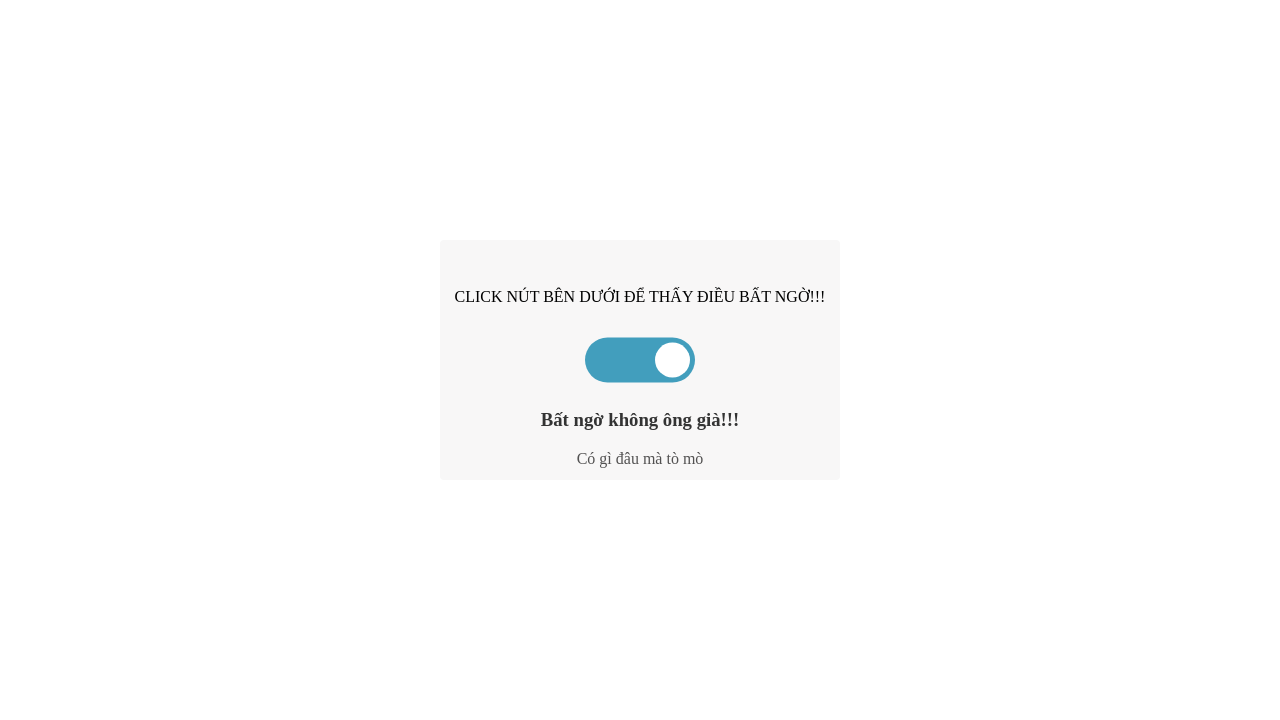
Repository: haokiet2501/troll-my-react
Page: /, after clicking the first element matching `div.toggle-center`
These files come from the project's save history. The page is drawn as it stood at one moment and after a run of saves; the edit follows.
The browser window is 1280 px wide. The pictures show the whole page.
The project was rebuilt for these pictures with package versions that can differ from the ones it lists, and the page was loaded fresh each time.

Above is the page before, as saved 2022-07-30 23:18:29.

### src/index.css
.toggle-center {
  position: absolute;
  top: 50%;
  left: 50%;
  transform: translate(-50%, -50%);
  width: 25rem;
  height: 15rem;
  border-radius: 0.25rem;
  background-color: #f8f7f7;
}

.toggle-center:hover {
  box-shadow: 0 4px 8px rgba(0, 0, 0, 0.25);
}

.toggle {
  position: absolute;
  top: 50%;
  left: 50%;
  transform: translate(-50%, -50%);
}

.todo-center {
  position: absolute;
  top: 62%;
  left: 50%;
  transform: translate(-50%, -50%);
  z-index: 999;
}

.toggle-control {
  position: absolute;
  top: 75%;
  left: 50%;
  transform: translate(-50%, -50%);
  display: flex;
  text-transform: uppercase;
}

.toggle {
  width: 100px;
  height: 35px;
  background-color: #ccc;
  padding: 5px;
  border-radius: 100rem;
  cursor: pointer;
}

.toggle.active {
  background-color: #429EBD;
}

.toggle-title {
  position: relative;
  top: 20%;
  text-transform: uppercase;
  display: flex;
  justify-content: center;
  align-items: center;
}

.spinner {
  position: absolute;
  width: 35px;
  height: 35px;
  left: 0;
  margin-left: 5px;
  border-radius: 50%;
  background-color: #fff;
  transition: 0.3s linear;
}

.spinner.active {
  transform: translateX(65px);
  transition: 0.3s linear;
}

.toggle-on {
  margin-right: 0.5rem;
}

h3 {
  color: #333;
}

p {
  color: rgb(82, 81, 81);
  display: flex;
  justify-content: center;
  align-items: center;
}

### src/App.js
import Toggle from "./components/Toggle";

function App() {
  return (
    <>
      <Toggle />
    </>
  );
}

export default App;

### src/components/Toggle.jsx
import { useState } from "react"
import Todo from "./Todo";

const Toggle = () => {
    const [on, setOn] = useState(false);

    const handleClick = () => {
        setOn((on) => !on);
    }

    return (
        <>
            {on && <Todo />}
            <div className="toggle-center" onClick={handleClick}>
                <div className="toggle-title">Click nút bên dưới để thấy điều bất ngờ!!!</div>
                <div className={`toggle ${on ? 'active' : ''}`}>
                    <div className={`spinner ${on ? 'active' : ''}`}></div>
                </div>
            </div>
        </>
    )
}

export default Toggle

### src/components/Todo.jsx
import React from 'react'
import troll from '../imgs/troll.jpg'

const Todo = () => {
    return (
        <div className='todo-center'>
            <h3>Bất ngờ không ông già!!!</h3>
            <p>Có gì đâu mà tò mò</p>
            <img src="" alt="" />
        </div>
    )
}

export default Todo

Loaded but not shown: public/index.html (common file); src/index.js (common file); src/reportWebVitals.js (common file)

After the next 3 saves:
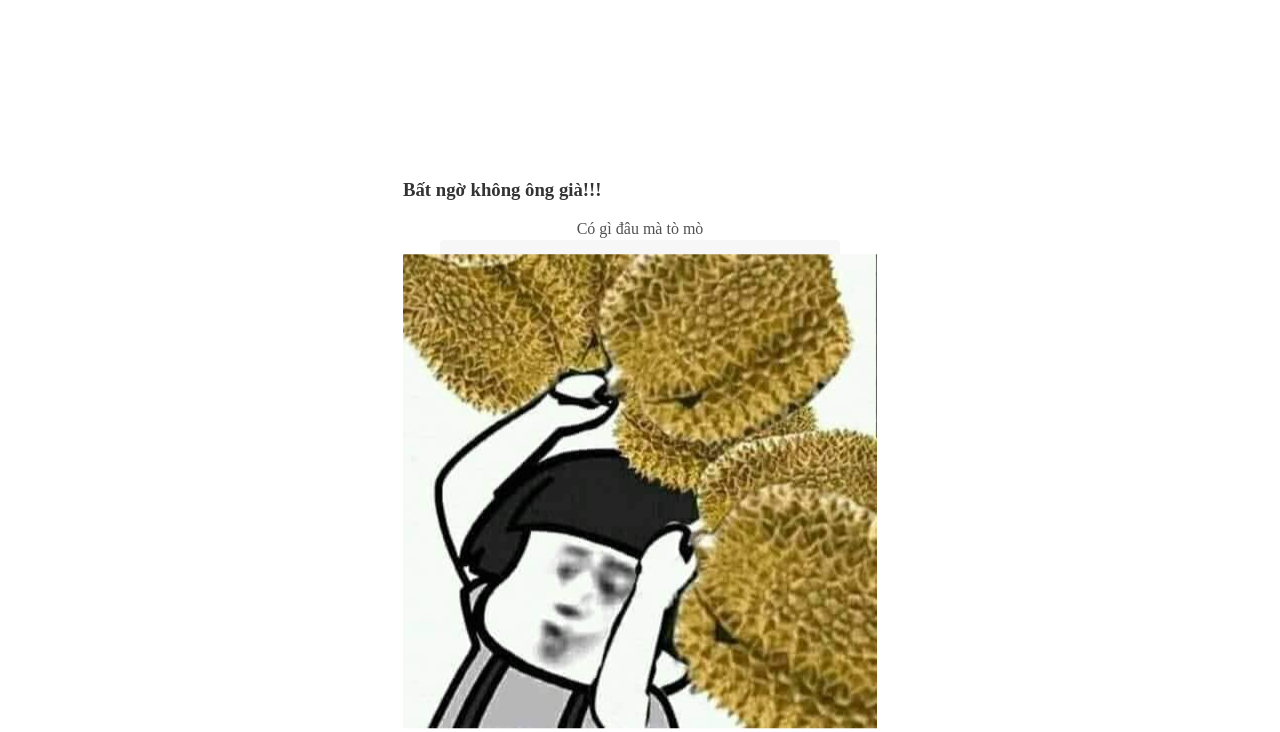
The 3 saves are shown as one change because 1 did not build or start and some came seconds apart.
The last was saved 10 s later.
--- a/src/components/Todo.jsx
+++ b/src/components/Todo.jsx
@@ -6,7 +6,7 @@ const Todo = () => {
         <div className='todo-center'>
             <h3>Bất ngờ không ông già!!!</h3>
             <p>Có gì đâu mà tò mò</p>
-            <img src="" alt="" />
+            <img src={troll} alt="" />
         </div>
     )
 }

After the 4 saves that followed:
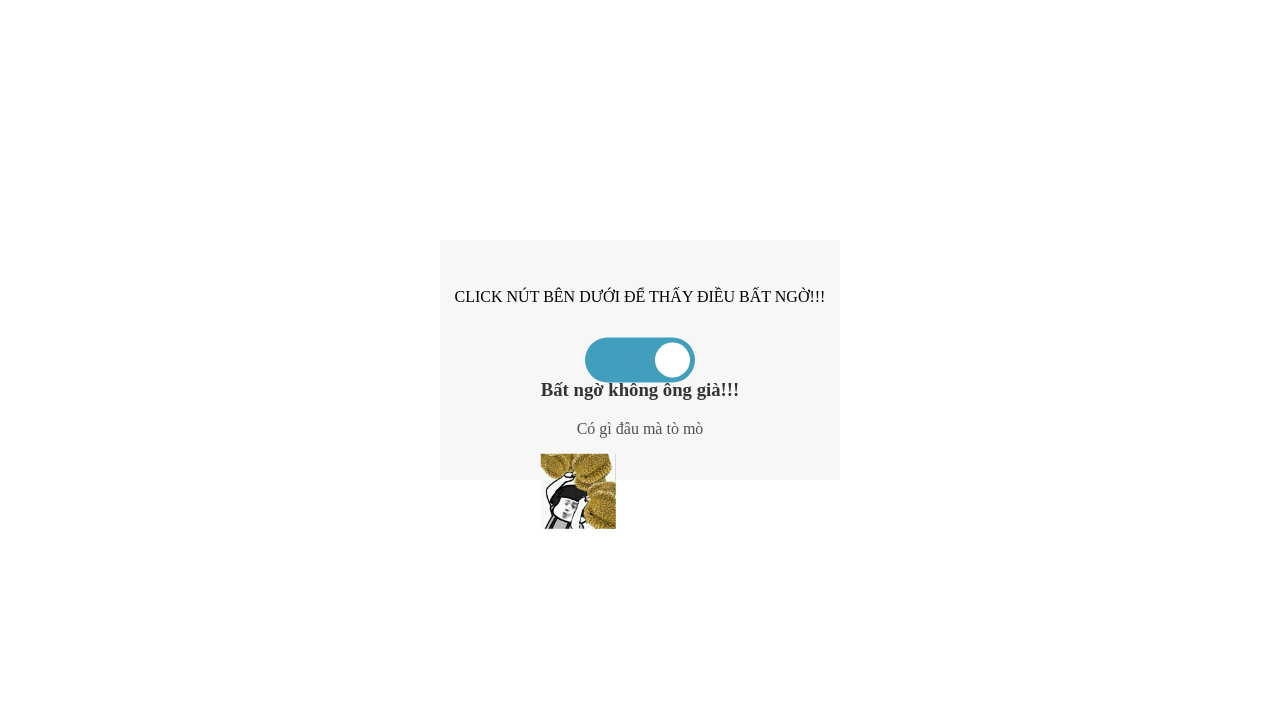
The 4 saves are shown as one change because 3 left the picture as it was.
The last was saved 29 s later.
--- a/src/index.css
+++ b/src/index.css
@@ -26,6 +26,12 @@
   left: 50%;
   transform: translate(-50%, -50%);
   z-index: 999;
+}
+
+.todo-center img {
+  object-fit: cover;
+  width: 75px;
+  height: 75px;
 }
 
 .toggle-control {
